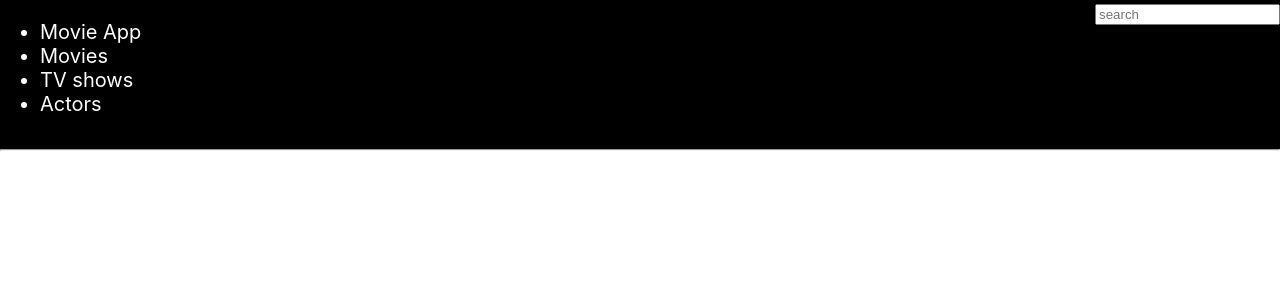
Repository: manahiang/MovieMana
Page: / (app in src/)
The author's editor kept a copy of each file at every save. The page is drawn from the files as they stood at one save, then again after a run of saves.
The browser window is 1280 px wide. The pictures show the whole page.
The project was rebuilt for these pictures with package versions that can differ from the ones it lists, and the page was loaded fresh each time. Also part of the build but not shown: src/src/App.css.

Above is the page before, as saved 2022-11-14 10:40:11.

### src/src/index.css
body {
  margin: 0;
  font-family: -apple-system, BlinkMacSystemFont, 'Segoe UI', 'Roboto', 'Oxygen',
    'Ubuntu', 'Cantarell', 'Fira Sans', 'Droid Sans', 'Helvetica Neue',
    sans-serif;
  -webkit-font-smoothing: antialiased;
  -moz-osx-font-smoothing: grayscale;
  color: white;
}
.header{
  width: 100%;
  height: 100%;
  background-color: black;
  font-size: 25px;
}
.navbar{
  display: flex;
  justify-content: space-between;
  font-size: 20px;
}

### src/src/App.js
//import logo from './logo.svg';
import './App.css';
import  MoiveMana from'./movieMana'

function App() {
  return (
  <MoiveMana/>
  );
}

export default App;

### src/src/movieMana.js
import'./index.css'
function MoiveMana(){
    return(
        <div className="header">
            <div className="navbar">
                <div className="menu">
                    <ul>
                        <li>Movie App</li>
                        <li><a hreft="#">Movies</a></li>
                        <li><a hreft="#">TV shows</a></li>
                        <li><a hreft="#">Actors</a></li>
                    </ul>
                </div>
                <div className="search">
                    <input type="text" placeholder="search"/>
                </div>
            </div>
            <hr/>
        </div>
    )
}
export default MoiveMana;

Loaded but not shown: src/public/index.html (common file); src/src/index.js (common file); src/src/reportWebVitals.js (common file)

After the next 3 saves:
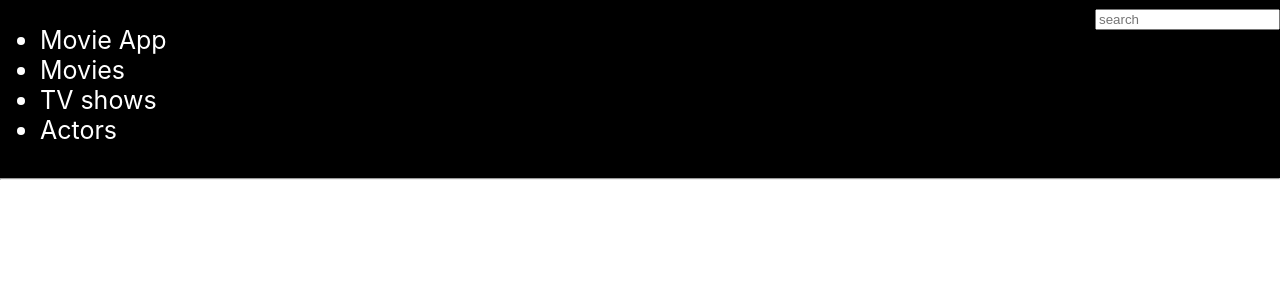
The 3 saves are shown as one change because they came seconds apart.
The last was saved 14 s later.
--- a/src/src/index.css
+++ b/src/src/index.css
@@ -10,11 +10,10 @@ body {
 .header{
   width: 100%;
   height: 100%;
-  background-color: black;
-  font-size: 25px;
+  background-color: black;;
 }
 .navbar{
   display: flex;
   justify-content: space-between;
-  font-size: 20px;
+  font-size: 25px;
 }
